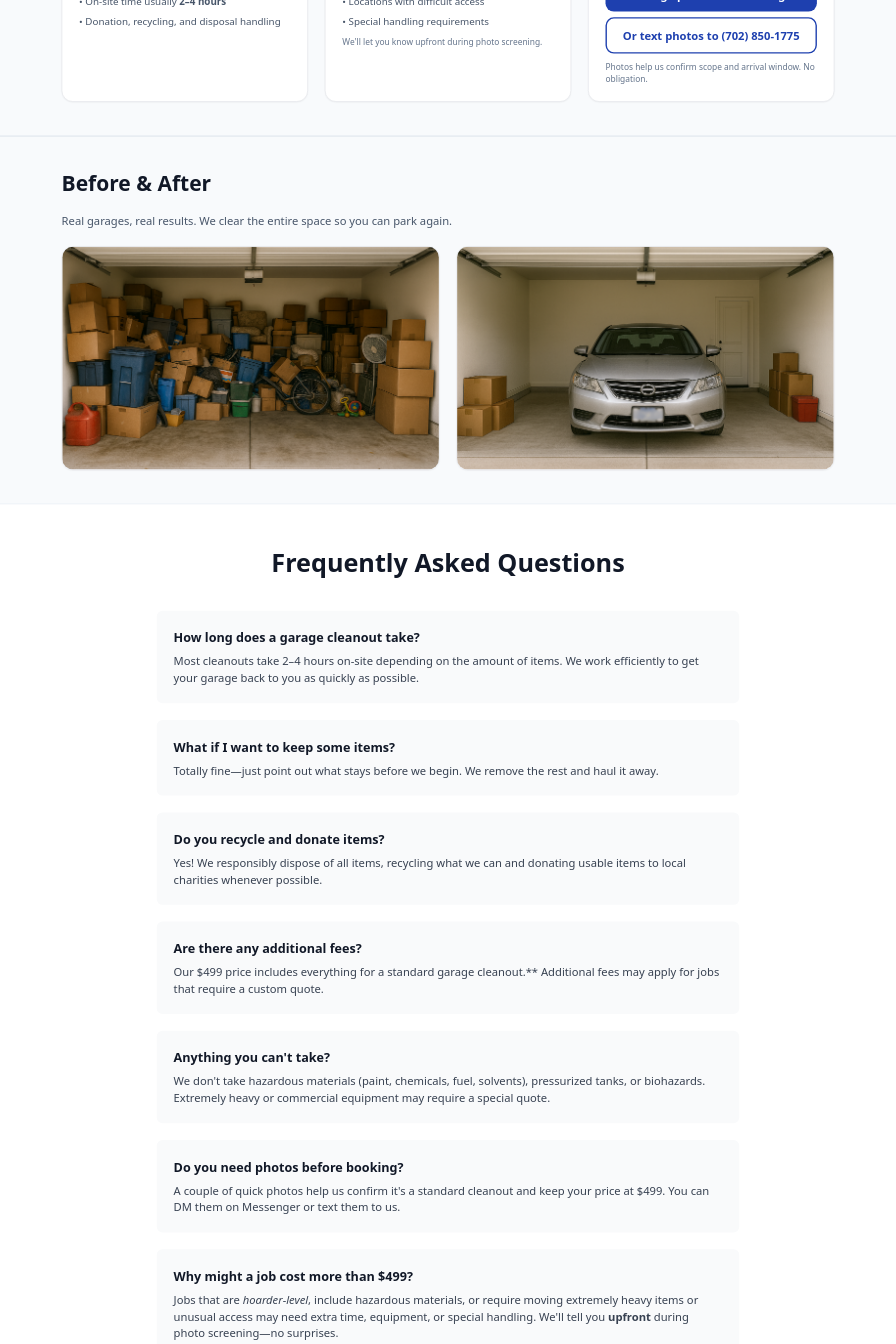
Repository: nikwhite1169/garagegone
Page: index.html
The author's editor kept a copy of each file at every save. The page is drawn from the files as they stood at one save, then again after the next save.
The browser window is 1280 px wide. The pictures show the part of the page from y = 2161 to 4081 px (the page is 5461 px tall before and 5465 px after), at 70% of full size.
Some web libraries are served in a nearby version.

Above is the page before, as saved 2025-09-16 00:30:59.

After the next save:
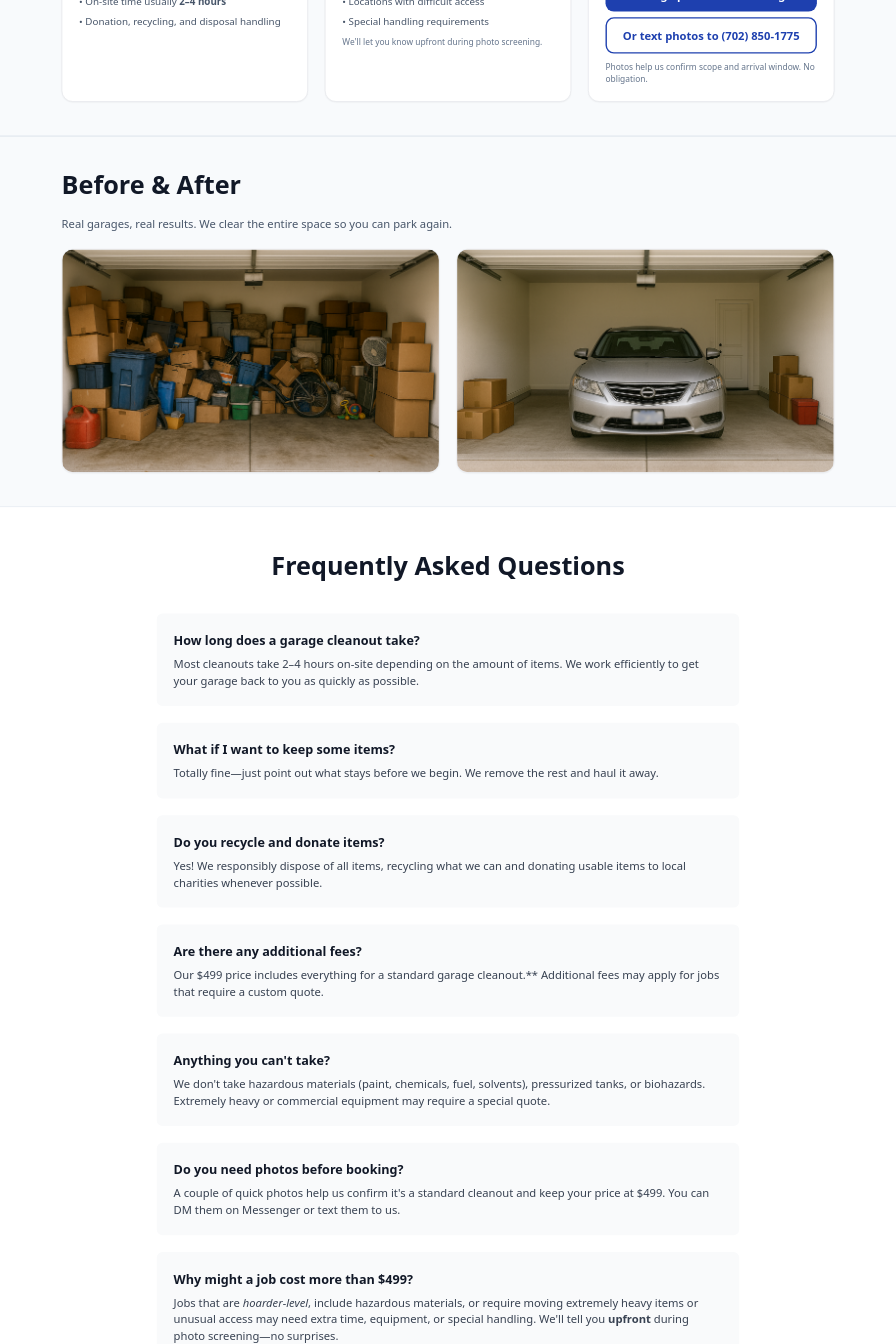
Saved 6 s later.
--- a/index.html
+++ b/index.html
@@ -284,7 +284,7 @@
     <!-- Before & After Gallery (replaces Reviews) -->
     <section class="bg-slate-50 border-y border-slate-200">
       <div class="max-w-6xl mx-auto px-4 md:px-6 py-12">
-        <h2 class="text-2xl md:text-3xl font-bold mb-6">Before & After</h2>
+        <h2 class="text-2xl md:text-4xl font-bold mb-6">Before & After</h2>
         <p class="text-slate-600 mb-6">Real garages, real results. We clear the entire space so you can park again.</p>
         <div class="grid md:grid-cols-2 gap-6">
           <img src="assets/before-garage.png" alt="Cluttered garage before GarageGone cleanout service" class="rounded-2xl border shadow-sm object-cover w-full h-64 md:h-80">
